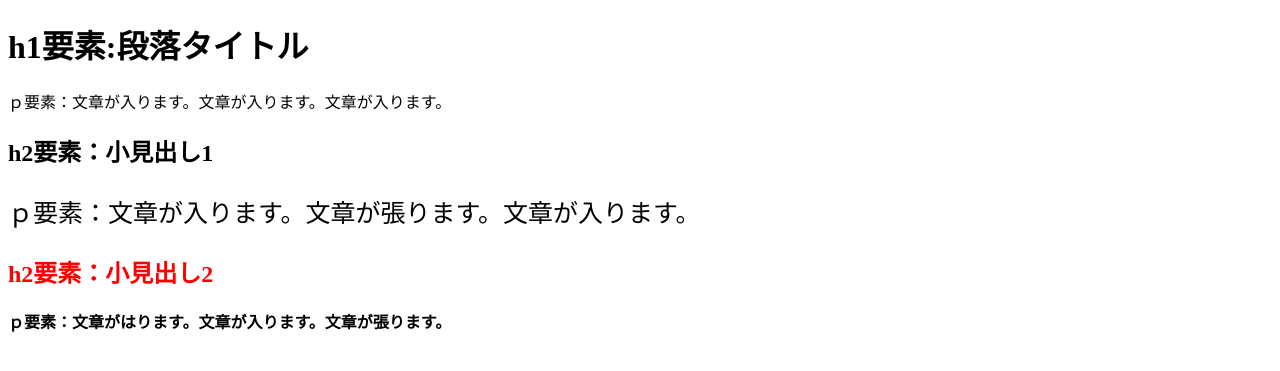
Repository: kinjoushuji/samurai_HTML-CSS
Page: index.html
The author's editor kept a record of every edit. The page is drawn from the files as they stood at one moment, then again after the next edit.
The browser window is 1280 px wide. The pictures show the whole page.

Above is the page before.

### index.html
<!DOCTYPE html>
<html lang="ja">
  <head>
    <meta charset="UTF-8">
    <title>HTML/CSSの学習</title>
    <style>
      #red{
        color:red;
      }
      .blue{
        color:blue;
      }
    </style>
  </head>
  <body>
    <h1>h1要素:段落タイトル</h1>
    <p>ｐ要素：文章が入ります。文章が入ります。文章が入ります。</p>
    <h2>h2要素：小見出し1</h2>
    <p style="font-size: 25px;">ｐ要素：文章が入ります。文章が張ります。文章が入ります。</p>
    <h2 id="red">h2要素：小見出し2</h2>
    <p style="font-weight: bold;">ｐ要素：文章がはります。文章が入ります。文章が張ります。</p>
  </body>
</html>

After the next edit:
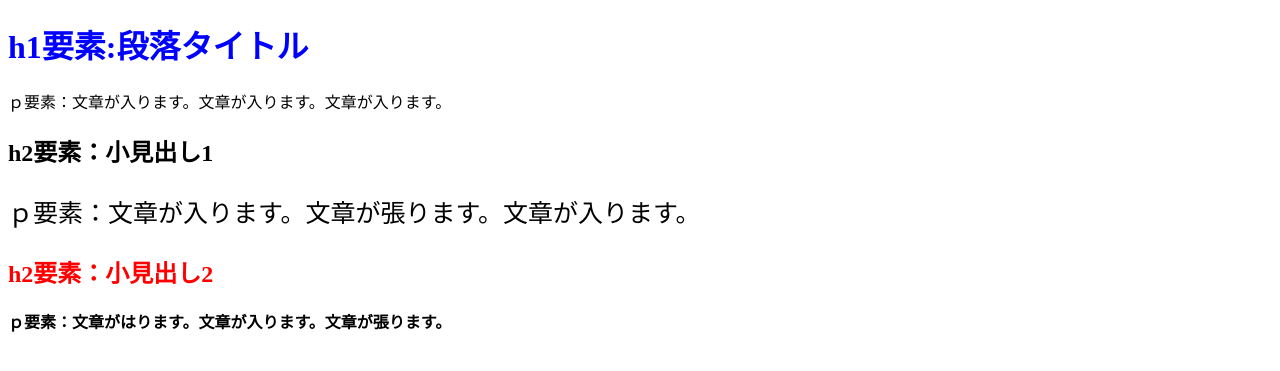
The edit:
--- a/index.html
+++ b/index.html
@@ -13,7 +13,7 @@
     </style>
   </head>
   <body>
-    <h1>h1要素:段落タイトル</h1>
+    <h1 class="blue">h1要素:段落タイトル</h1>
     <p>ｐ要素：文章が入ります。文章が入ります。文章が入ります。</p>
     <h2>h2要素：小見出し1</h2>
     <p style="font-size: 25px;">ｐ要素：文章が入ります。文章が張ります。文章が入ります。</p>
